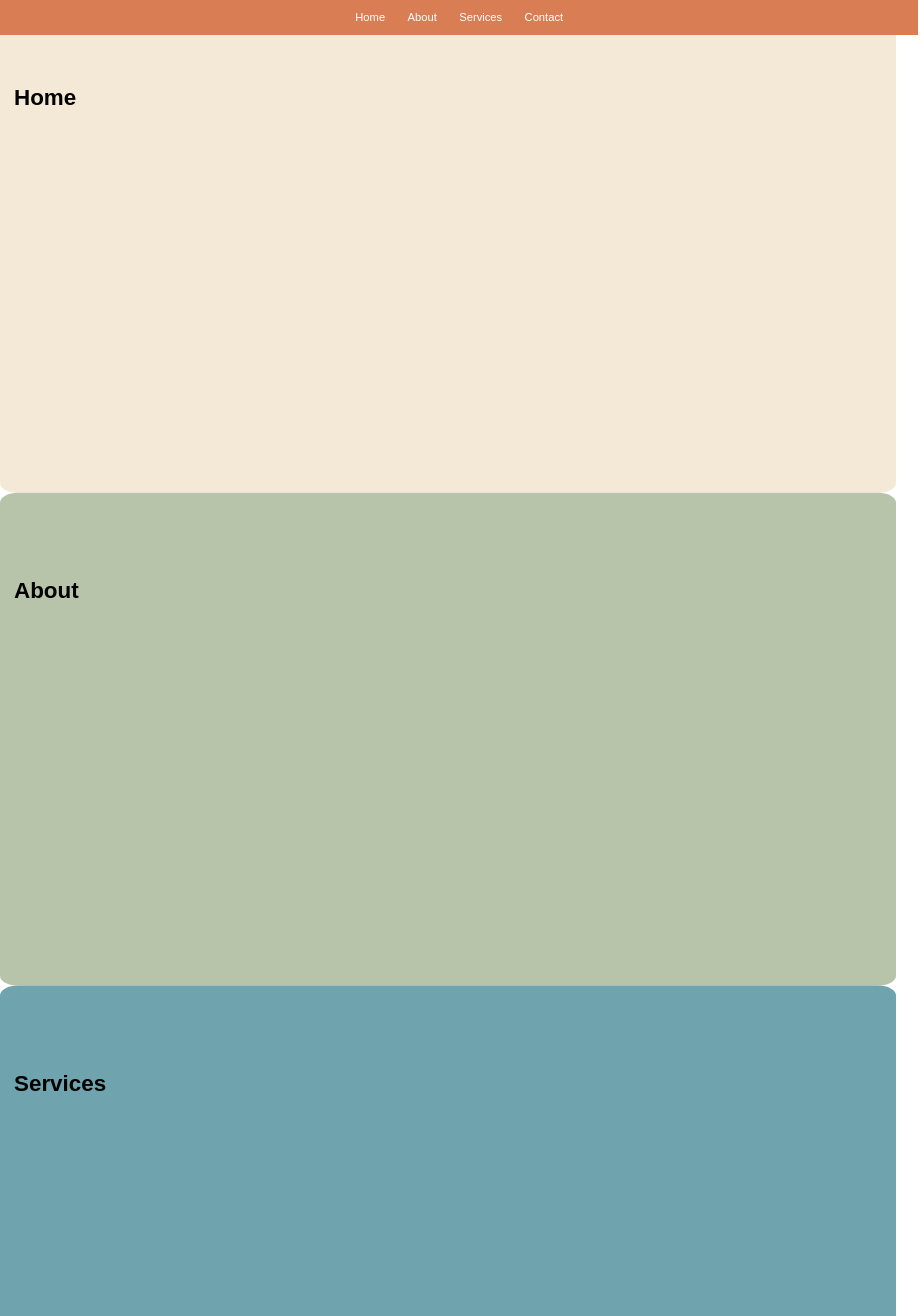
Repository: danichimescu/tema_unu_
Page: index.html
These files come from the project's save history. The page is drawn as it stood at one moment and after the next save; the edit follows.
The browser window is 1280 px wide. The page is 1280 px wide, then 1320 px, so the pictures cover 1320 px, including what lies to the right of the window. The pictures show the part of the page from y = 0 to 1880 px (the page is 2816 px tall before and 2824 px after), at 70% of full size.

Above is the page before, as saved 2025-10-06 01:54:17.

### index.html
<!DOCTYPE html>
<html lang="en">
<head>
  <meta charset="UTF-8">
  <meta name="viewport" content="width=device-width, initial-scale=1.0">
  <title>Document</title>
</head>
<body>

</body>
</html>

<!DOCTYPE html>
<html lang="en">
<head>
  <meta charset="UTF-8" />
  <meta name="viewport" content="width=device-width, initial-scale=1.0" />
  <title>Sovis Print</title>
  <script src="main.js" defer></script>
  <link rel="stylesheet" href="style.css" />
</head>

<body>

  <nav>
    <a href="#home">Home</a>
    <a href="#about">About</a>
    <a href="#services">Services</a>
    <a href="#contact">Contact</a>
  </nav>

  <div id="home" class="section">
    <h1>Home</h1>
  </div>
  <div id="about" class="section">
    <h1>About</h1>
  </div>
  <div id="services" class="section">
    <h1>Services</h1>
  </div>
  <div id="contact" class="section">
    <h1>Contact</h1>
  </div>

</body>

</html>

### style.css
/* ce e html? */
/* https://www.w3schools.com/cssref/pr_scroll-behavior.php#:~:text=This%20is%20default-,smooth,property%20to%20its%20default%20value. */

html {
    scroll-behavior: smooth;
}

body {
    font-family: sans-serif;
    margin: 0;
}

nav {
    position: fixed;
    top: 0;
    width: 100%;
    background: #D97D55;
    padding: 1rem;
    display: flex;
    justify-content: center;
    gap: 2rem;
}

nav a {
    color: white;
    text-decoration: none;
}

.section {
    padding: 100px 20px;
    /* margin-top: 60px; */
    height: 70vh;
    border-radius: 2%;
}

#home {
    background: #F4E9D7;
}

#about {
    background: #B8C4A9;
}

#services {
    background: #6FA4AF;
}

#contact {
    background: #B18C6C;
}

Loaded but not shown: main.js (no stored copy; drawn as an empty file)

After the next save:
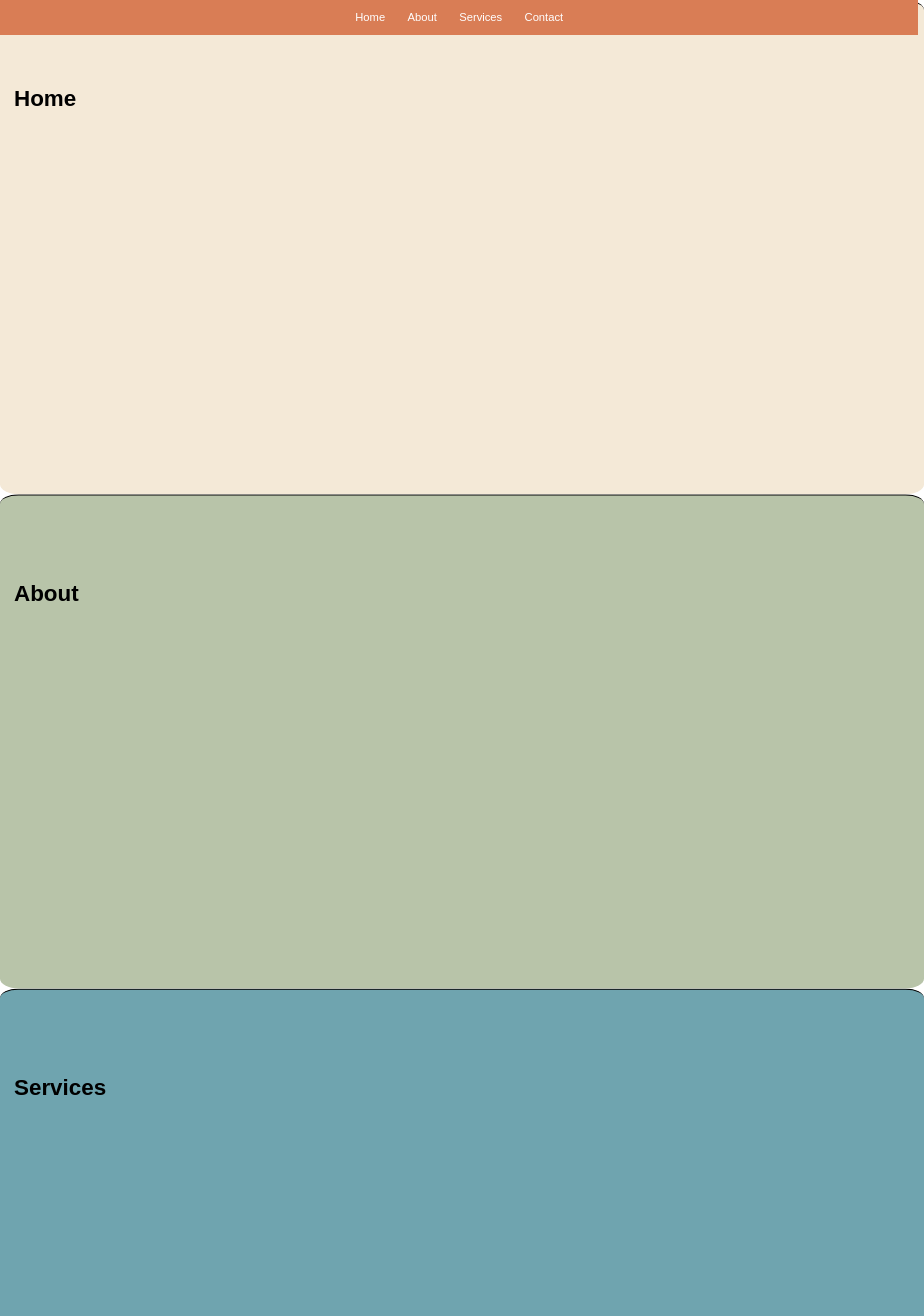
Saved 4 min 5 s later.
--- a/style.css
+++ b/style.css
@@ -30,6 +30,8 @@ nav a {
     padding: 100px 20px;
     /* margin-top: 60px; */
     height: 70vh;
+    border-top: 2px solid black;
+    width: 100%;
     border-radius: 2%;
 }
 
